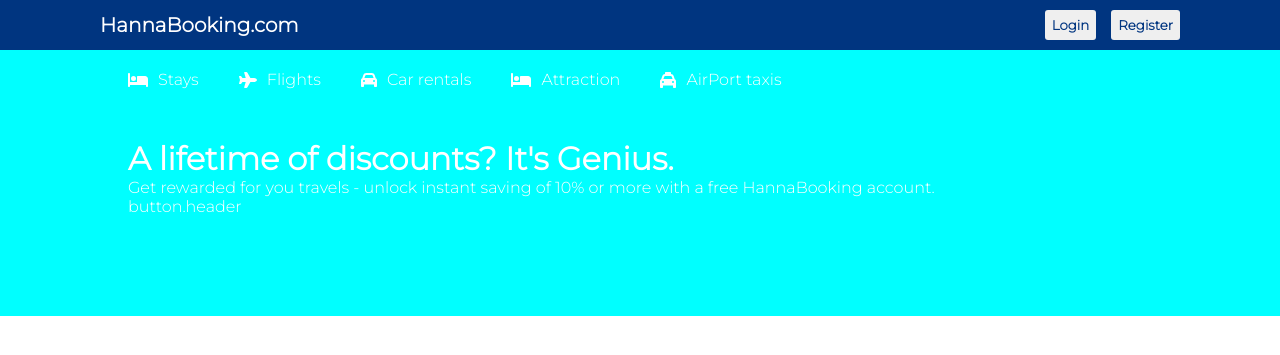
Repository: truongnguyenuit/BookingWebApp
Page: /
These files come from the project's save history. The page is drawn as it stood at one moment and after the next save; the edit follows.
The browser window is 1280 px wide. The pictures show the whole page.
The project was rebuilt for these pictures with package versions that can differ from the ones it lists, and the page was loaded fresh each time.

Above is the page before, as saved 2022-05-26 15:38:06.

### public/index.html
<!DOCTYPE html>
<html lang="en">
  <head>
    <meta charset="utf-8" />
    <meta name="viewport" content="width=device-width, initial-scale=1" />
    <meta
      name="description"
      content="Web site created using create-react-app"
    />
    <link
      href="https://fonts.googleapis.com/css2?family=Montserrat:wght@300&display=swap"
      rel="stylesheet"
    >
    <style>
      *{
        font-family: 'Montserrat', sans-serif;
        margin: 0;
      }
    </style>

    <title>HannaBooking</title>
  </head>
  <body>
    <noscript>You need to enable JavaScript to run this app.</noscript>
    <div id="root"></div>
  </body>
</html>

### src/App.js
import Home from "./pages/home/Home";
function App() {
  return (
    <Home />
  );
}

export default App;

### src/pages/home/Home.jsx
import React from 'react'
import Header from '../../components/header/Header';
import Navbar from '../../components/navbar/Navbar';
const Home = () => {
  return (
    <div>
      <Navbar />
      <Header />
    </div>
  )
}
export default Home;

### src/components/header/Header.jsx
import {
    faBed,
    faCalendarDays,
    faCar,
    faPerson,
    faPlane,
    faTaxi,
} from "@fortawesome/free-solid-svg-icons";
import { FontAwesomeIcon } from "@fortawesome/react-fontawesome";
import "./header.css";
// import { DateRange } from "react-date-range";
import { useState } from "react";
// import "react-date-range/dist/styles.css"; // main css file
// import "react-date-range/dist/theme/default.css"; // theme css file
// import { format } from "date-fns";
import { useNavigate } from "react-router-dom";
const Header = ({ type }) => {
    const [destination, setDestination] = useState("");
    const [openDate, setOpenDate] = useState(false);
    const [date, setDate] = useState([
        {
            startDate: new Date(),
            endDate: new Date(),
            key: "selection",
        }
    ]);
    const [openOptions, setOpenOptions] = useState(false);
    const [options, setOptions] = useState({
        adult: 1,
        children: 0,
        room: 1,
    });

    //const navigate = useNavigate();
    return (
        <div className="header">
            <div className="headerContainer">
                <div className="headerList">
                    <div className="headerListItem">
                        <FontAwesomeIcon icon={faBed} />
                        <span>Stays</span>
                    </div>
                    <div className="headerListItem">
                        <FontAwesomeIcon icon={faPlane} />
                        <span>Flights</span>
                    </div>
                    <div className="headerListItem">
                        <FontAwesomeIcon icon={faCar} />
                        <span>Car rentals</span>
                    </div>
                    <div className="headerListItem">
                        <FontAwesomeIcon icon={faBed} />
                        <span>Attraction</span>
                    </div>
                    <div className="headerListItem">
                        <FontAwesomeIcon icon={faTaxi} />
                        <span>AirPort taxis</span>
                    </div>
                </div>
                <>
                    <h1 className="HeaderTitle">
                        A lifetime of discounts? It's Genius.
                    </h1>
                    <p className="headerDesc">
                        Get rewarded for you travels - unlock instant saving of 10% or
                        more with a free HannaBooking account.
                    </p>
                    button.header
                </>
            </div>
        </div>
    )
}
export default Header;

### src/components/navbar/Navbar.jsx
import React from 'react'
import "./navbar.css"
const Navbar = () => {
  return (
    <div className="navbar">
      <div className="navContainer">
        <span className="logo">HannaBooking.com</span>
        <div className="navItems">
          <button className="navButton">Login</button>
          <button className="navButton">Register</button>
        </div>
      </div>
    </div>
  )
}
export default Navbar;

### src/components/header/header.css
.header {
    background-color:aqua;
    color: white;
    display: flex;
    justify-content: center;
    position: relative;
}
.headerContainer {
    width:  100%;
    max-width: 1024px;
    margin: 20px 0px 100px 0px;
}
.headerList {
    display: flex;
    gap: 40px;
    margin-bottom: 50px;
}
.headerListItem {
    display: flex;
    align-items: center;
    gap: 10px;
}

### src/components/navbar/navbar.css
.navbar {
    height: 50px;
    background-color: #003580;
    display: flex;
    justify-content: center;
}
.navContainer {
    width: 100%;
    display: flex;
    justify-content: space-between;
    align-items: center;
    padding-left: 100px;
    padding-right: 100px;
}
.logo {
    font-weight: bold;
    font-size:20px ;
    color: white;
}
/* .navItems {
    width: 10.5%;
    display: flex;
    justify-content: space-between;
} */
.navButton {
    padding: 7px;
    border: none;
    border-radius: 3px;
    font-weight: bold;
    color: #003580;
    margin-left: 15px;
}

Loaded but not shown: src/index.js (common file)

After the next save:
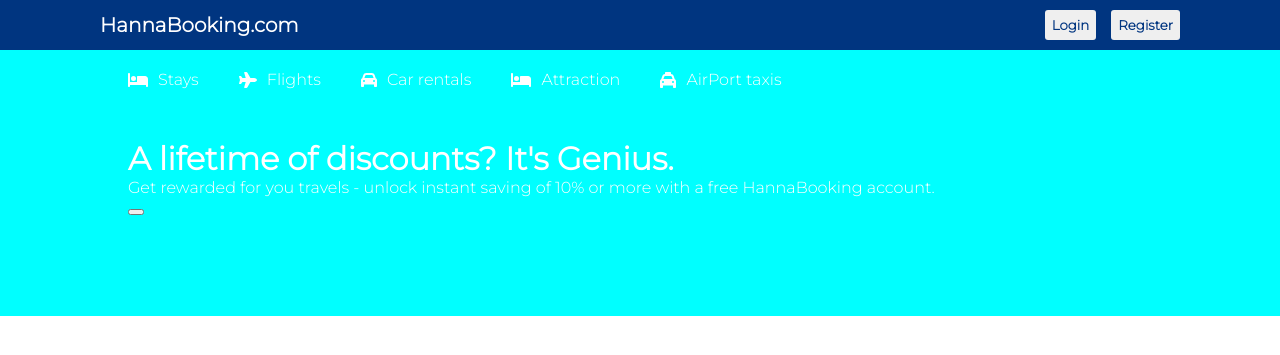
Saved 4 s later.
--- a/src/components/header/Header.jsx
+++ b/src/components/header/Header.jsx
@@ -65,7 +65,7 @@ const Header = ({ type }) => {
                         Get rewarded for you travels - unlock instant saving of 10% or
                         more with a free HannaBooking account.
                     </p>
-                    button.header
+                    <button className="headerBtn"></button>
                 </>
             </div>
         </div>
